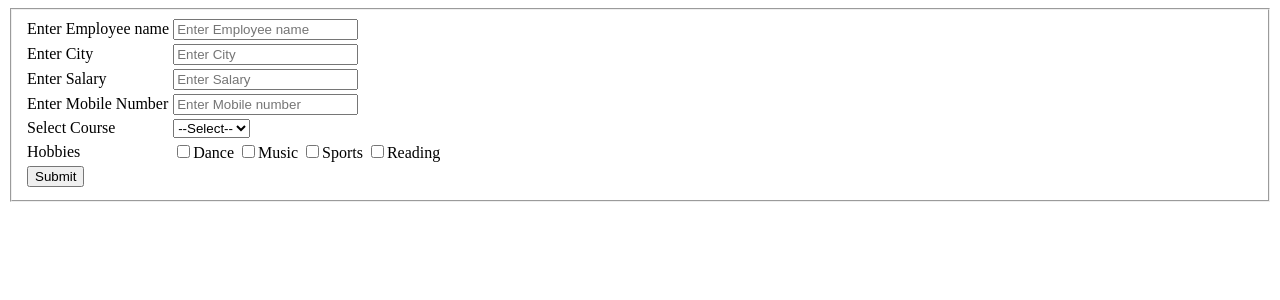
Repository: bigee1397/22-3-2024
Page: http://localhost/RDDemo/
These files come from the project's save history. The page is drawn as it stood at one moment and after the next save; the edit follows.
The browser window is 1280 px wide. The pictures show the whole page.
The page is served by Tomcat 9. Other server files are loaded and not shown.

Above is the page before, as saved 2024-03-15 04:53:50.

### jspandservlets/RDDemo/src/main/webapp/index.jsp
<%@ page language="java" contentType="text/html; charset=ISO-8859-1"
    pageEncoding="ISO-8859-1" %>
<!DOCTYPE html>
<html>
<head>
<meta charset="ISO-8859-1">
<title>Insert title here</title>
</head>
<body>
	<fieldset>
		<form action="registerServlet" method="post">
			<table align="left">
				<tr>
					<td>Enter Employee name</td>
					<td><input type="text" name="employeeName" placeholder="Enter Employee name" /> </td>
				</tr>
				<tr>
					<td>Enter City</td>
					<td><input type="text" name="city" placeholder="Enter City" /> </td>
				</tr>
				<tr>
					<td>Enter Salary</td>
					<td><input type="number" name="salary" placeholder="Enter Salary" /> </td>
				</tr>
				<tr>
					<td>Enter Mobile Number</td>
					<td><input type="tel" name="mobile" placeholder="Enter Mobile number" /> </td>
				</tr>
				<tr>
					<td>Select Course</td>
					<td>
						<select name="course">
				            <option>--Select--</option>
				            <option value="Java">Java</option>
				            <option value="Spring">Spring</option>
				            <option value="Angular">Angular</option>
				            <option value="Node">Node</option>
			        	</select>
			        </td>
				</tr>
				<tr>
					<td>Hobbies</td>
					<td>
						<input type="checkbox" name="hobby" value="dance">Dance
				        <input type="checkbox" name="hobby" value="music">Music
				        <input type="checkbox" name="hobby" value="sports">Sports
				        <input type="checkbox" name="hobby" value="reading">Reading
			        </td>
				</tr>
				<tr>
					<td colspan=2><input type="submit" value="Submit"></td>
				</tr>

			</table>
		</form>
	</fieldset>
</body>
</html>

After the next save:
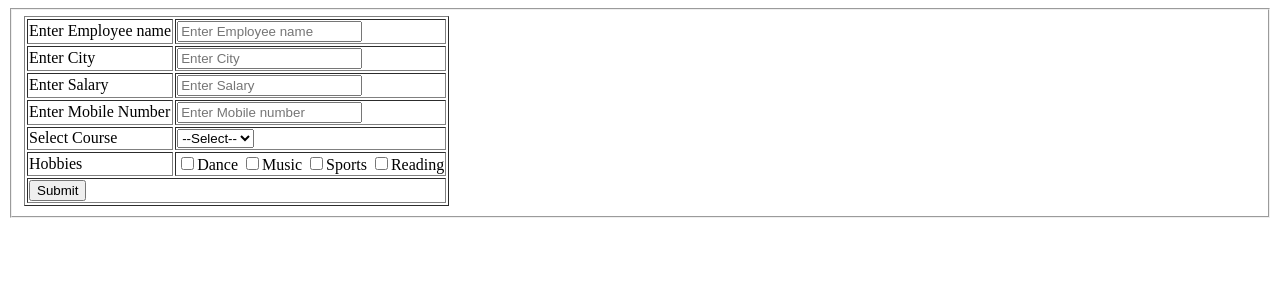
Saved 9 s later.
--- a/jspandservlets/RDDemo/src/main/webapp/index.jsp
+++ b/jspandservlets/RDDemo/src/main/webapp/index.jsp
@@ -9,7 +9,7 @@
 <body>
 	<fieldset>
 		<form action="registerServlet" method="post">
-			<table align="left">
+			<table align="left" border="1">
 				<tr>
 					<td>Enter Employee name</td>
 					<td><input type="text" name="employeeName" placeholder="Enter Employee name" /> </td>
